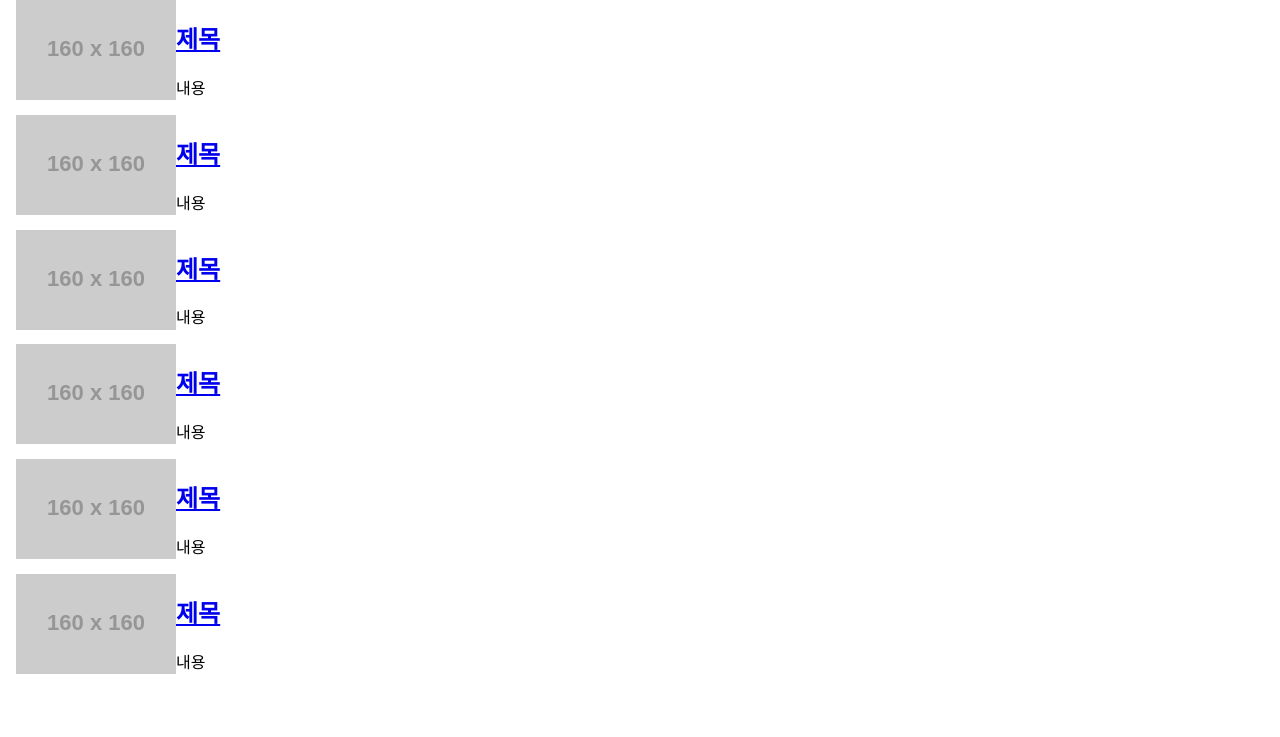
Repository: parkhyeonki/news-viewer
Page: /
These files come from the project's save history. The page is drawn as it stood at one moment and after the next save; the edit follows.
The browser window is 1280 px wide. The pictures show the whole page.
The project was rebuilt for these pictures with package versions that can differ from the ones it lists, and the page was loaded fresh each time. Also part of the build but not shown: src/App.css.

Above is the page before, as saved 2022-05-19 10:46:45.

After the next save:
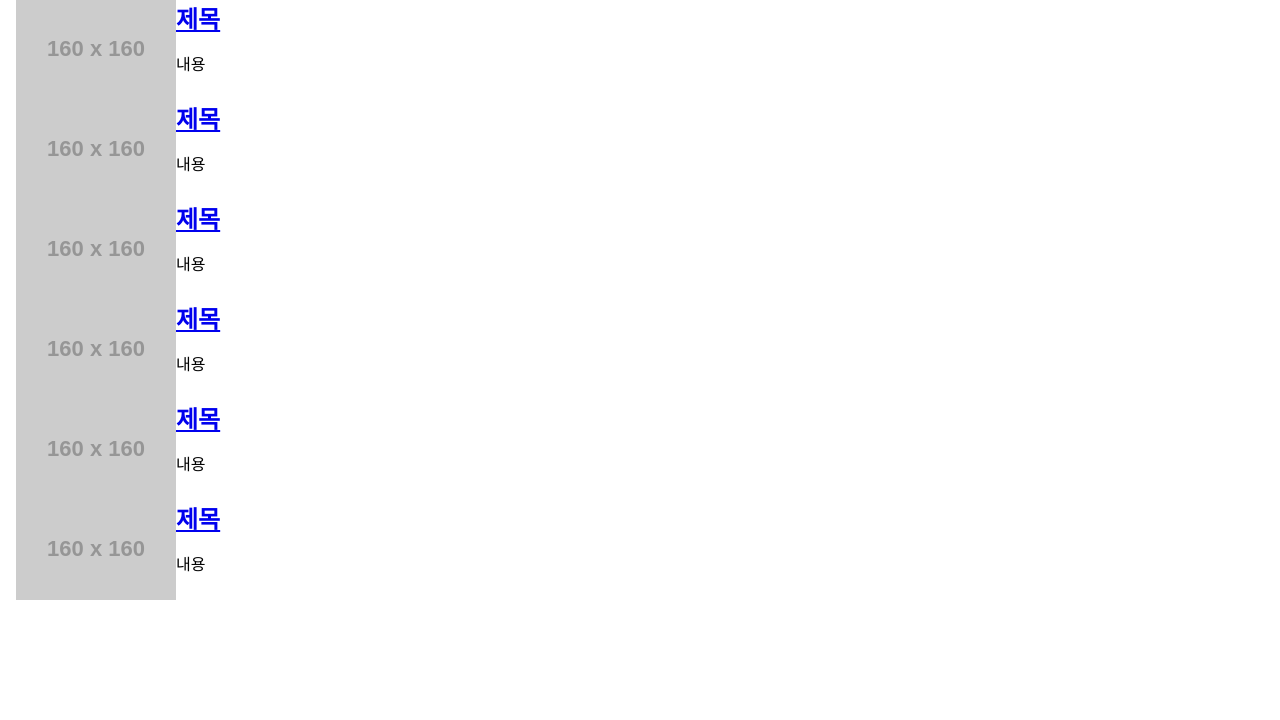
Saved 81 s later.
--- a/src/components/NewsItem/NewsItem.js
+++ b/src/components/NewsItem/NewsItem.js
@@ -11,6 +11,12 @@ const NewsItemBlock = styled.div`
       width: 160px;
       height: 100px;
       object-fit: cover;
+    }
+  }
+
+  .contents {
+    h2 {
+      margin: 0;
     }
   }
 `;
